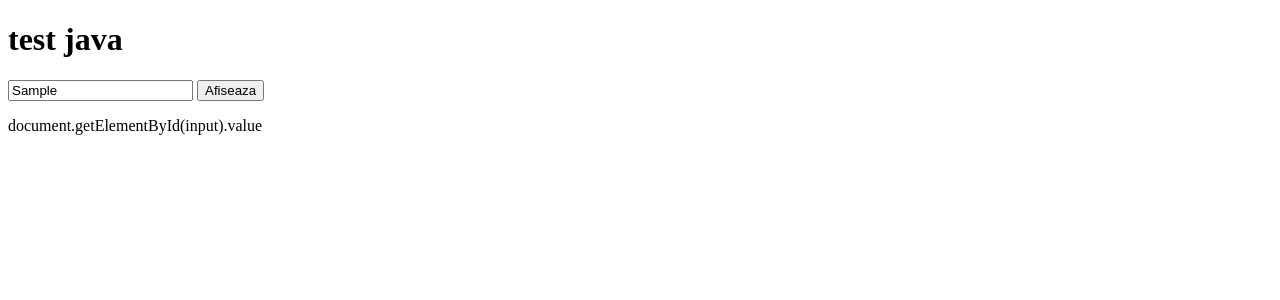
Repository: Parnicoza/testecomplete
Page: testcompletJS-1.html
The author's editor kept a copy of each file at every save. The page is drawn from the files as they stood at one save, then again after the next save.
The browser window is 1280 px wide. The pictures show the whole page.
Empty fields were first filled with sample values (such as "Sample", 5 or name@example.com).
After loading, the first visible `button` was clicked once.

Above is the page before, as saved 2025-03-10 12:54:32.

After the next save:
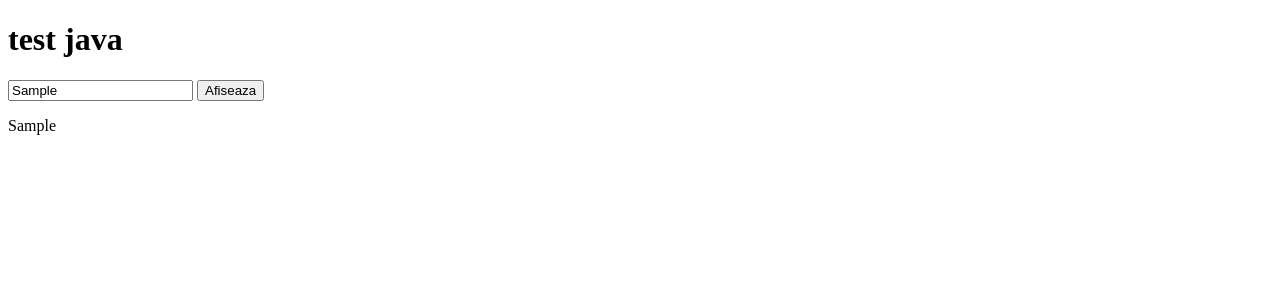
Saved 77 s later.
--- a/java.js
+++ b/java.js
@@ -1,4 +1,4 @@
 function afiseazatext() {
-    let mesaj = "document.getElementById(input).value";
+    let mesaj = document.getElementById("input").value;
     document.getElementById("afisare").innerHTML = mesaj;
 }
